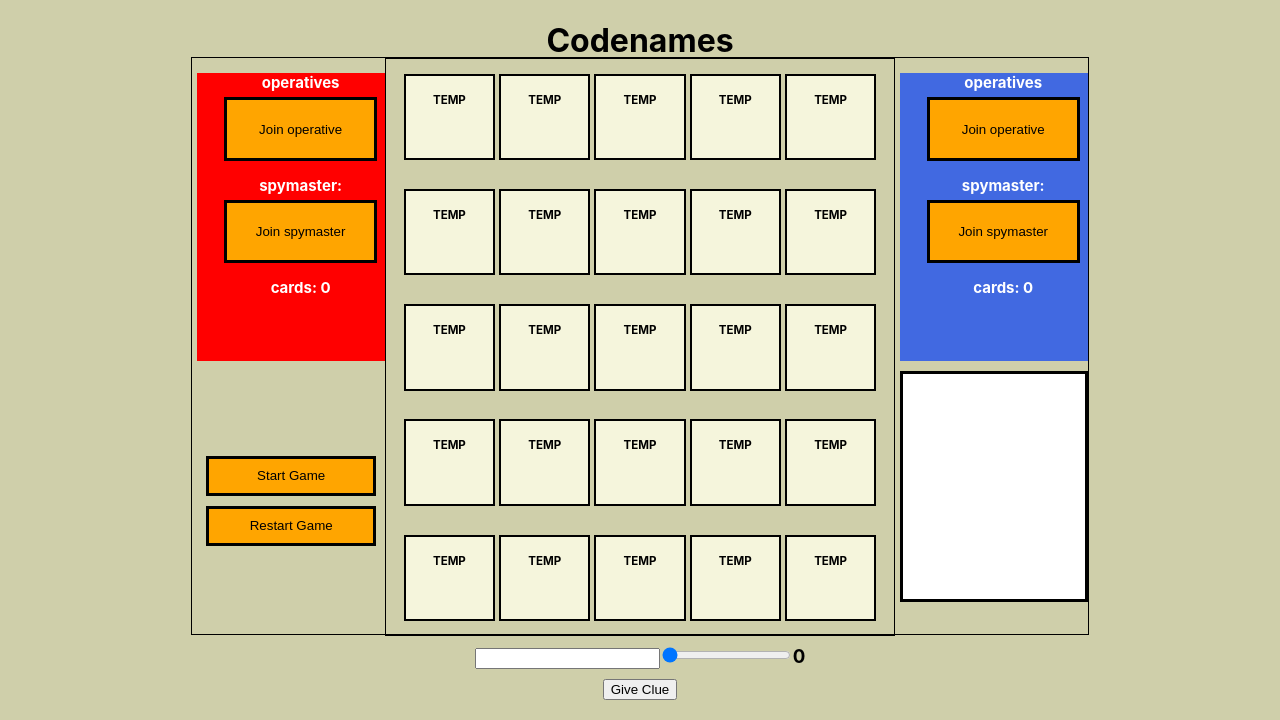
Repository: alcarrizo/Codenames-Fullstack
Page: / (app in client/)
An editor plug-in stored every save of this project. The page is shown before and after the next save, followed by the edit.
The browser window is 1280 px wide. The pictures show the whole page.
The project was rebuilt for these pictures with package versions that can differ from the ones it lists, and the page was loaded fresh each time. Imported but missing from the stored project, and not drawn on this page: client/src/reportWebVitals.

Above is the page before, as saved 2023-01-17 14:57:42.

### client/src/index.js
import React from 'react';
import ReactDOM from 'react-dom/client';
import './index.css';
import App from './App';
import reportWebVitals from './reportWebVitals';
import './css/styles.css'


const root = ReactDOM.createRoot(document.getElementById('root'));
root.render(
  <React.StrictMode>
    <App />
  </React.StrictMode>
);

// If you want to start measuring performance in your app, pass a function
// to log results (for example: reportWebVitals(console.log))
// or send to an analytics endpoint. Learn more: https://bit.ly/CRA-vitals
reportWebVitals();

### client/src/App.js
import logo from './logo.svg';
import './App.css';
import { useState, useEffect } from 'react';

const Card = ({ card, revealCard, player }) => {

  var className = 'card '
  className = player.role === 'spymaster' ? className + card.team : className
  className = card.clicked ? "card " + card.team + ' picked' : className

  return (
    <div className={className} onClick={() => revealCard(card.id)}>
      {card.word === null ? 'temp' : card.word}
    </div >
  )
}

const PlayerInfo = ({ joinClass, className, joinTeam, numCards }) => {


  return (
    <div className={className + "Team"}>
      <p>operatives </p>
      <p id={className + '-operative-players'}></p>
      <Btn onClick={() => joinTeam(className, 'operative')} className={joinClass} id={className + '-join-operative'} name="Join operative" />
      <p>spymaster: </p>
      <p id={className + '-spymaster-players'}></p>
      <Btn onClick={() => joinTeam(className, 'spymaster')} className={joinClass} id={className + '-join-spymaster'} name="Join spymaster" />
      <p id={className + '-remaining-cards'}>{'cards: ' + numCards}</p>
    </div>
  )

}

const Btn = (props) => {
  return (
    <button id={props.id} onClick={props.onClick} className={props.className}>{props.name}</button>
  )
}

const App = () => {

  const [cards, setCards] = useState(Array(25).fill({
    id: 0,
    word: null,
    team: 'beige',
    clicked: false
  }).map((c, i) => {
    return {
      ...c, id: i
    }
  }
  ))

  // player object
  const [player, setPlayer] = useState({
    name: 'Joker',
    team: null,
    role: null,
    joined: false
  })

  // Keeps track of turns
  const [turn, setTurn] = useState('')
  document.body.className = turn

  const [gameStart, setGameStart] = useState(false)

  // revealing the end turn button if it's your turn and your role isn't spymaster
  var endClass = player.team === turn && player.role !== 'spymaster' ? 'menuBtn' : 'menuBtn hide'

  // reveals/hides the join team buttons depending on whether the player has joined or not
  var joinClass = player.joined ? 'join-button hide' : 'join-button'

  var words = "Africa, Agent, Air, Alien, Alps, Amazon, Ambulance, America, Angel, Antarctica, Apple, Arm, Atlantis, Australia, Aztec, Back, Ball, Band, Bank, Bar, Bark, Bat, Battery, Beach, Bear, Beat, Bed, Beijing, Bell, Belt, Berlin, Bermuda, Berry, Bill, Block, Board, Bolt, Bomb, Bond, Boom, Boot, Bottle, Bow, Box, Bridge, Brush, Buck, Buffalo, Bug, Bugle, Button, Calf, Canada, Cap, Capital, Car, Card, Carrot, Casino, Cast, Cat, Cell, Centaur, Center, Chair, Change, Charge, Check, Chest, Chick, China, Chocolate, Church, Circle, Cliff, Cloak, Club, Code, Cold, Comic, Compound, Concert, Conductor, Contract, Cook, Copper, Cotton, Court, Cover, Crane, Crash, Cricket, Cross, Crown, Cycle, Czech, Dance, Date, Day, Death, Deck, Degree, Diamond, Dice, Dinosaur, Disease, Doctor, Dog, Draft, Dragon, Dress, Drill, Drop, Duck, Dwarf, Eagle, Egypt, Embassy, Engine, England, Europe, Eye, Face, Fair, Fall, Fan, Fence, Field, Fighter, Figure, File, Film, Fire, Fish, Flute, Fly, Foot, Force, Forest, Fork, France, Game, Gas, Genius, Germany, Ghost, Giant, Glass, Glove, Gold, Grace, Grass, Greece, Green, Ground, Ham, Hand, Hawk, Head, Heart, Helicopter, Himalayas, Hole, Hollywood, Honey, Hood, Hook, Horn, Horse, Horseshoe, Hospital, Hotel, Ice, Ice cream, India, Iron, Ivory, Jack, Jam, Jet, Jupiter, Kangaroo, Ketchup, Key, Kid, King, Kiwi, Knife, Knight, Lab, Lap, Laser, Lawyer, Lead, Lemon, Leprechaun, Life, Light, Limousine, Line, Link, Lion, Litter, Loch ness, Lock, Log, London, Luck, Mail, Mammoth, Maple, Marble, March, Mass, Match, Mercury, Mexico, Microscope, Millionaire, Mine, Mint, Missile, Model, Mole, Moon, Moscow, Mount, Mouse, Mouth, Mug, Nail, Needle, Net, New york, Night, Ninja, Note, Novel, Nurse, Nut, Octopus, Oil, Olive, Olympus, Opera, Orange, Organ, Palm, Pan, Pants, Paper, Parachute, Park, Part, Pass, Paste, Penguin, Phoenix, Piano, Pie, Pilot, Pin, Pipe, Pirate, Pistol, Pit, Pitch, Plane, Plastic, Plate, Platypus, Play, Plot, Point, Poison, Pole, Police, Pool, Port, Post, Pound, Press, Princess, Pumpkin, Pupil, Pyramid, Queen, Rabbit, Racket, Ray, Revolution, Ring, Robin, Robot, Rock, Rome, Root, Rose, Roulette, Round, Row, Ruler, Satellite, Saturn, Scale, School, Scientist, Scorpion, Screen, Scuba diver, Seal, Server, Shadow, Shakespeare, Shark, Ship, Shoe, Shop, Shot, Sink, Skyscraper, Slip, Slug, Smuggler, Snow, Snowman, Sock, Soldier, Soul, Sound, Space, Spell, Spider, Spike, Spine, Spot, Spring, Spy, Square, Stadium, Staff, Star, State, Stick, Stock, Straw, Stream, Strike, String, Sub, Suit, Superhero, Swing, Switch, Table, Tablet, Tag, Tail, Tap, Teacher, Telescope, Temple, Theater, Thief, Thumb, Tick, Tie, Time, Tokyo, Tooth, Torch, Tower, Track, Train, Triangle, Trip, Trunk, Tube, Turkey, Undertaker, Unicorn, Vacuum, Van, Vet, Wake, Wall, War, Washer, Washington, Watch, Water, Wave, Web, Well, Whale, Whip, Wind, Witch, Worm, Yard".split(',')

  const revealCard = (id) => {

    // makes it so that spymasters, the other team, and spectators
    // can't click cards during your turn
    // if (player.role === 'spymaster' || player.team !== turn || !player.joined) {
    //   return
    // }

    //prevents people from clicking the cards if the game hasn't
    // started/ ended
    if (!gameStart) {
      return
    }


    const card = cards.find(c => c.id === id)
    if (card.team !== turn) {
      changeTurn()
    }
    const revealedCard = { ...card, clicked: true }
    setCards(cards.map(c => c.id === id ? revealedCard : c))

  }

  const assignCards = (size, usedArr, arr, ranNum) => {
    // for loop to select 25 unique random words
    for (let i = 0; i < size; i++) {
      let randumNum = Math.round(Math.random() * ranNum)

      while (usedArr.includes(randumNum)) {
        randumNum = Math.round(Math.random() * ranNum)
      }
      usedArr.push(randumNum)
      arr.push(randumNum)
    }
  }

  const changeTurn = () => {
    // changes turn to the opposite team
    const newTurn = turn === 'blue' ? 'red' : 'blue'
    setTurn(newTurn)
  }

  const startGame = () => {
    setGameStart(true)
    //randomizing who goes first
    let randNum = Math.round(Math.random())
    const whoseTurn = randNum === 0 ? 'blue' : 'red'
    setTurn(whoseTurn)

    // array to hold the words
    var cardWords = []
    // Keeps track of the selected words to avoid using the same word twice
    var usedWords = []

    // getting the 25 words to be used
    assignCards(25, usedWords, cardWords, 399)

    cardWords = cardWords.map(i => words[i])
    // assigning cards to teams
    // resetting the card team arrays
    var redCards = []
    var blueCards = []
    var blackCard = []
    usedWords = []

    // The one who goes first gets 9 cards, otherwise they get 8
    let blueSize = whoseTurn === 'blue' ? 9 : 8
    let redSize = whoseTurn === 'red' ? 9 : 8

    // getting the black card
    assignCards(1, usedWords, blackCard, 24)

    // picking the blue cards
    assignCards(blueSize, usedWords, blueCards, 24)

    // picking the red cards
    assignCards(redSize, usedWords, redCards, 24)

    const newCards = cards.map((c, i) => {
      let team = 'beige'
      if (redCards.includes(i)) {
        team = 'red'
      }
      else if (blueCards.includes(i)) {
        team = 'blue'
      }
      else if (blackCard.includes(i)) {
        team = 'black'
      }
      return { ...c, clicked: false, word: cardWords[i], team: team }
    })
    setCards(newCards)

    // removing the start game button since the game has started
    document.getElementById('startBtn').className += ' hide'

  }

  const joinTeam = (team, role) => {
    const playerTeam = team === 'blue' ? 'blue' : 'red'
    const playerRole = role === 'operative' ? 'operative' : 'spymaster'

    const newPlayer = { ...player, role: playerRole, team: playerTeam, joined: true }

    //adding player's name to their role location
    document.getElementById(playerTeam + "-" + playerRole + "-players").innerHTML += player.name + " "


    setPlayer(newPlayer)
  }

  const restart = () => {

    setGameStart(false)

    // clearing the team name tags
    document.getElementById("blue-operative-players").innerHTML = " "
    document.getElementById("blue-spymaster-players").innerHTML = " "
    document.getElementById("red-operative-players").innerHTML = " "
    document.getElementById("red-spymaster-players").innerHTML = " "

    // resetting the cards to pre game state
    const newCards = cards.map(c => {
      return {
        ...c,
        word: null,
        team: 'beige',
        clicked: false
      }
    })
    setCards(newCards)

    // resetting player to pre game state
    const newPlayer = {
      ...player,
      team: null,
      role: null,
      joined: false
    }
    setPlayer(newPlayer)

    //resetting Turns to pre game state
    setTurn('')

    //bringing back the start game button
    document.getElementById('startBtn').className = 'menuBtn'

    //resetting the winScreen
    document.getElementById('win-screen').className = 'win-screen hide'

  }

  //checks if someone has won whenever a card is picked
  useEffect(() => {
    if (!gameStart) {
      return
    }
    let newWin = false
    let winningTeam = ''
    if (cards.filter(c => c.team === 'blue' && !c.clicked).length === 0) {
      newWin = true
      winningTeam = 'blue'
    }
    else if (cards.filter(c => c.team === 'red' && !c.clicked).length === 0) {
      newWin = true
      winningTeam = 'red'
    }
    else if (cards.filter(c => c.team === 'black' && !c.clicked).length === 0) {
      newWin = true
      winningTeam = turn === 'blue' ? 'red' : 'blue'
    }

    if (newWin === true) {
      setGameStart(false)
      document.getElementById('win-screen').className = 'win-screen'
      document.getElementById('win-screen').innerHTML = winningTeam + ' has won'

      setCards(cards.map(c => { return { ...c, clicked: true } }))
    }
  }, [cards])


  const giveClue = () => {

    let clue = document.getElementById('clue-text').value
    let clueNum = document.getElementById('clueRange').value
    clueNum = clueNum === '10' ? "&infin;" : clueNum
    document.getElementById('clue-log').innerHTML += clue + ' ' + clueNum + '<br>'
  }

  const updateClueNum = () => {
    if (document.getElementById("clueRange").value === '10') {
      document.getElementById("rangeNumber").innerHTML = "&infin;"
    }
    else {
      document.getElementById("rangeNumber").innerHTML = document.getElementById("clueRange").value
    }
  }

  return (
    <div className="App">
      <h1>Codenames</h1>

      {/* <button onClick={() => { giveClue('test') }}>test</button> */}

      <div className='wrapper'>
        <div className={"redSide"}>
          <PlayerInfo numCards={cards.filter(c => c.team === 'red' && !c.clicked).length} joinClass={joinClass} joinTeam={joinTeam} className={'red'} />
          <div className='menu'>
            <Btn className='menuBtn' onClick={() => startGame()} id="startBtn" name="Start Game" />
            <Btn className='menuBtn' onClick={() => restart()} id="resetBtn" name="Restart Game" />
          </div>
        </div>

        <div className='gameBoard'>
          {
            cards.map((card) =>
              <Card
                player={player}
                key={card.id}
                card={card}
                revealCard={revealCard} />
            )
          }

        </div>

        <div className={"blueSide"}>
          <PlayerInfo numCards={cards.filter(c => c.team === 'blue' && !c.clicked).length} joinClass={joinClass} joinTeam={joinTeam} className={'blue'} />
          <div id='clue-log' className='clue-log'></div>
          <Btn onClick={() => changeTurn()} className={endClass} id="endTurn" name="End Turn" />
        </div>

        <div className='win-screen hide' id='win-screen'></div>
      </div>

      <div className='clue-area ' id='clue-area'>
        <input className='clue-text' id='clue-text' type="text" />
        <div className="rangeDiv" id="rangeDiv">
          <input onChange={() => { updateClueNum() }} className="clue-range" id='clueRange' type="range" autoComplete='off' min="0" max="10" defaultValue="0" />
          <h3 className="range-number" id="rangeNumber">0</h3>
        </div>
        <Btn onClick={() => { giveClue() }} className="clue-submit" id="clue-submit" name="Give Clue" />
      </div>

    </div>
  );
}

export default App;

### client/src/css/styles.css
h1 {
    margin-bottom: -3px;
}

body {
    background-color: #cfcfaa;
}

body.red {
    background-color: #b44c2b;
}

body.blue {
    background-color: #4799b7;
}

.wrapper {
    position: relative;
    border: 0.05rem solid black;
    width: 70%;
    height: 80vh;
    display: flex;
    background: none;
    margin: 0 auto;

}

.gameBoard {
    display: flex;
    flex-wrap: wrap;
    justify-content: center;
    text-align: center;
    width: 35rem;
    height: 100%;
    /*   width: 500px;
    height: 500px; */
    /*width: 15rem;
    height: 15rem;
    */
    border: 0.05rem solid black;
    margin: auto;
}



.card {
    /* background-color: royalblue; */
    background-color: beige;
    box-sizing: border-box;
    /*width: 75px;
    height: 65px;
  */
    /*   width: 5.5rem;
    height: 5rem; */
    width: 18%;
    height: 15%;
    margin: auto 2px;
    border: 2px black solid;
    font-size: .9vw;
    padding-top: 17px;
    text-transform: uppercase;
    font-weight: bold;
    transition: none;
}

.card.blue {
    background-color: royalblue;

}

.card.red {
    background-color: #ff6000;
}

.card.black {
    background-color: black;
    color: white;

}

.card.beige {
    background-color: #b9b979;
}

.card.blue,
.card.red,
.card.black,
.card.beige {
    transition: background-color 1s;
}

.card.blue.picked,
.card.red.picked,
.card.black.picked,
.card.beige.picked {
    transition: opacity 1s;
    opacity: 50%;
}


.redSide,
.blueSide {
    color: white;
    height: 100%;
    width: 13rem;
    font-size: 15px;
    font-weight: bold;
    padding-left: 5px;
    padding-bottom: 10px;
    margin: 0 auto;
}

.blueTeam,
.redTeam {
    height: 50%;
    margin-top: 10px;
    padding-left: 10%;

    box-sizing: border-box;
}

.redTeam {
    background-color: red;

}

.blueTeam {
    background-color: royalblue;

}

.blueSide {
    height: 100%;
}

.join-button {
    display: block;
    width: 90%;
    height: 22%;
    margin: -10px auto 0;
    background-color: orange;
    border: black solid 3px;
}

.join-button.hide {
    display: none;
}

.menuBtn {
    display: block;
    width: 90%;
    height: 40px;
    margin: 0 auto;
    background-color: orange;
    border: black solid 3px;
    margin-bottom: 10px;


}

.menuBtn.hide {
    display: none;
}

.menu {
    display: block;
    width: 100%;
    margin-top: 50%;
}

.clue-log {
    color: black;
    width: 100%;
    height: 40%;
    margin: 10px 0 5px;
    padding-left: 10px;
    background-color: white;
    box-sizing: border-box;
    border: black solid 3px;
    overflow-y: auto;
    line-height: 1.5;
}

.rangeDiv {
    display: inline-block;
    text-align: center;

}

.rangeDiv h3 {
    margin: 0;
    display: inline-block;
}

.clue-area {
    margin: 10px auto 0;
    width: 400px;
    height: 50px;
    margin-bottom: 15px;
}

.clue-area.hide {
    display: none;
}

.clue-submit {
    display: block;
    margin: 10px auto 0;
}

.win-screen {
    box-sizing: border-box;
    position: absolute;
    width: 30%;
    height: 30%;
    background-color: orange;
    top: 35%;
    left: 35%;
    text-align: center;
    font-size: 35px;
    line-height: 170px;
    font-weight: 800;
    border: black solid 3px;

}

.win-screen.hide {
    display: none;
}

Loaded but not shown: client/public/index.html (common file); client/src/index.css (common file); client/src/App.css (common file)

After the next save:
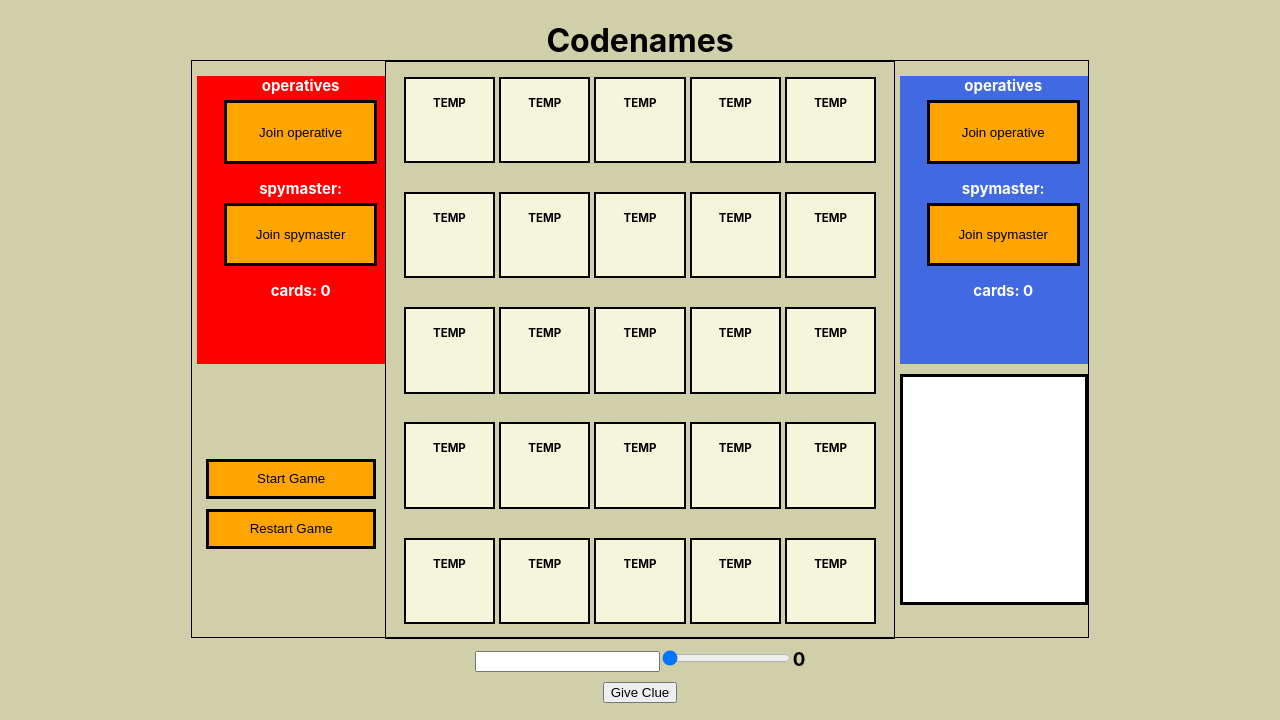
Saved 4 s later.
--- a/client/src/css/styles.css
+++ b/client/src/css/styles.css
@@ -1,5 +1,5 @@
 h1 {
-    margin-bottom: -3px;
+    margin-bottom: 0px;
 }
 
 body {
